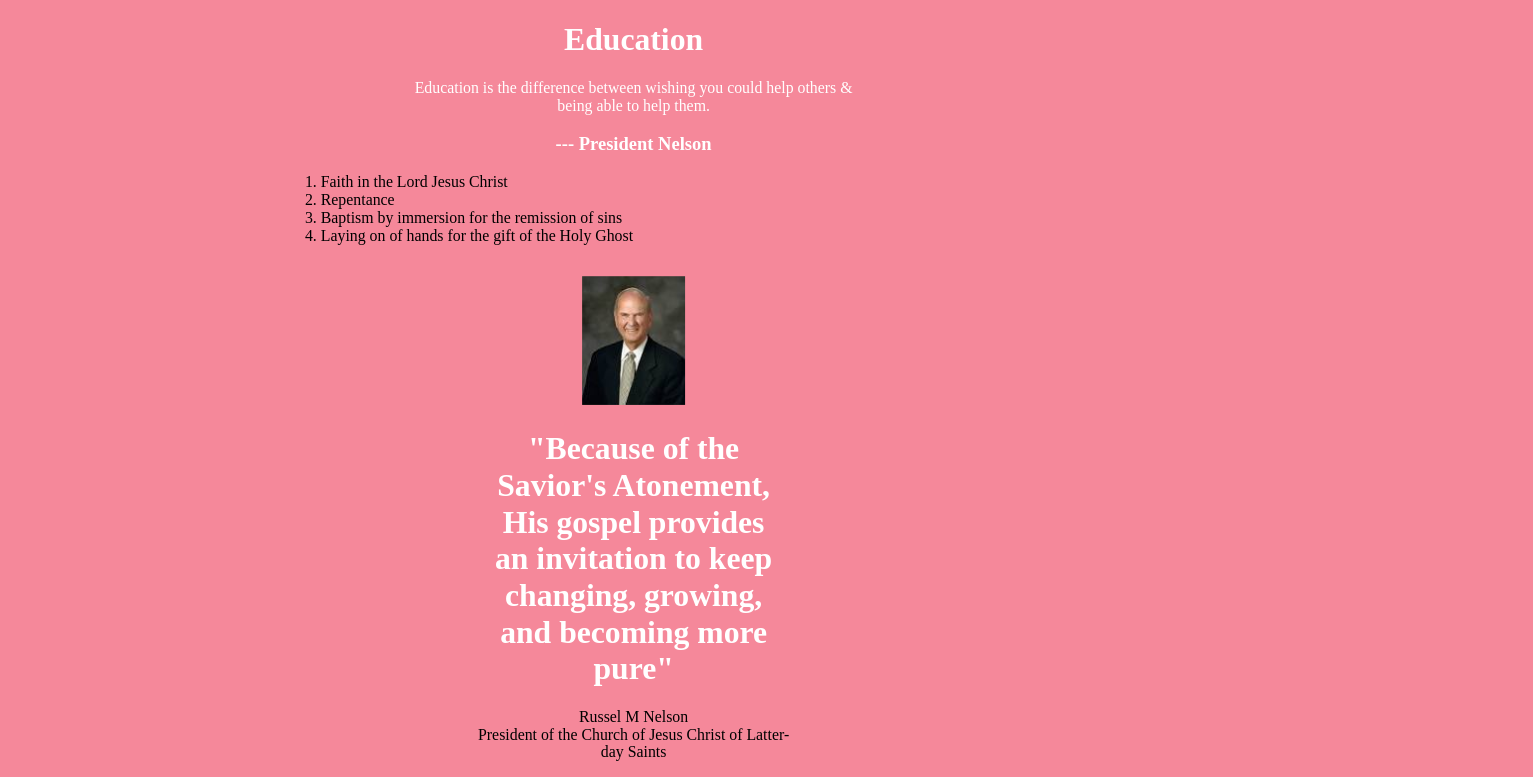
Repository: nak97/WDD-130
Page: ice challenge/index.html
The author's editor kept a copy of each file at every save. The page is drawn from the files as they stood at one save, then again after a run of saves.
The browser window is 1280 px wide. The page is 1548 px wide, so the pictures cover 1548 px, including what lies to the right of the window. The pictures show the whole page, at 99% of full size.

Above is the page before, as saved 2023-01-24 21:33:50.

### ice challenge/index.html
<!DOCTYPE html>

<html>
  <head>
    <meta charset="utf-8">
    <meta http-equiv="X-UA-Compatible" content="IE=edge">
    <title></title>
    <meta name="description" content="">
    <meta name="viewport" content="width=device-width, initial-scale=1">
    <link rel="stylesheet" href="styles.css">
  </head>
  <body>


      <div class="top-info">
   <h1 id="education">Education  </h1>
   <p>Education is the difference between wishing you could help others & <br> being able to help them.</p>
   <h3>--- President Nelson</h3>
    </div>
   <ol type="1">
    <li>Faith in the Lord Jesus Christ</li>
    <li>Repentance</li>
    <li>Baptism by immersion for the remission of sins</li>
    <li>Laying on of hands for the gift of the Holy Ghost</li>
  </ol>
  <div class="bot-info">
  <img src="data:[embedded picture, 3119 characters]" alt="Pres Nelly">
<h1 id="quote">"Because of the <br> Savior's Atonement,<br> His gospel provides <br> an invitation to keep <br> changing, growing, <br> and becoming more <br> pure"</h1>
<footer><p>Russel M Nelson <br>President of the Church of Jesus Christ of Latter- <br> day Saints</p>
</footer>
</div>
  </body>

</html>

### ice challenge/styles.css
.top-info {
  text-align: center;
  color: white;
}

ol{
  position: relative;
  left: 17.25em;
  padding-bottom: 16px;
}
.bot-info {
text-align: center;
}


body {
  background: rgb(245, 136, 154);
}
 #quote {
  color: white;
 }
 #education:hover {color: black;}

After the next 2 saves:
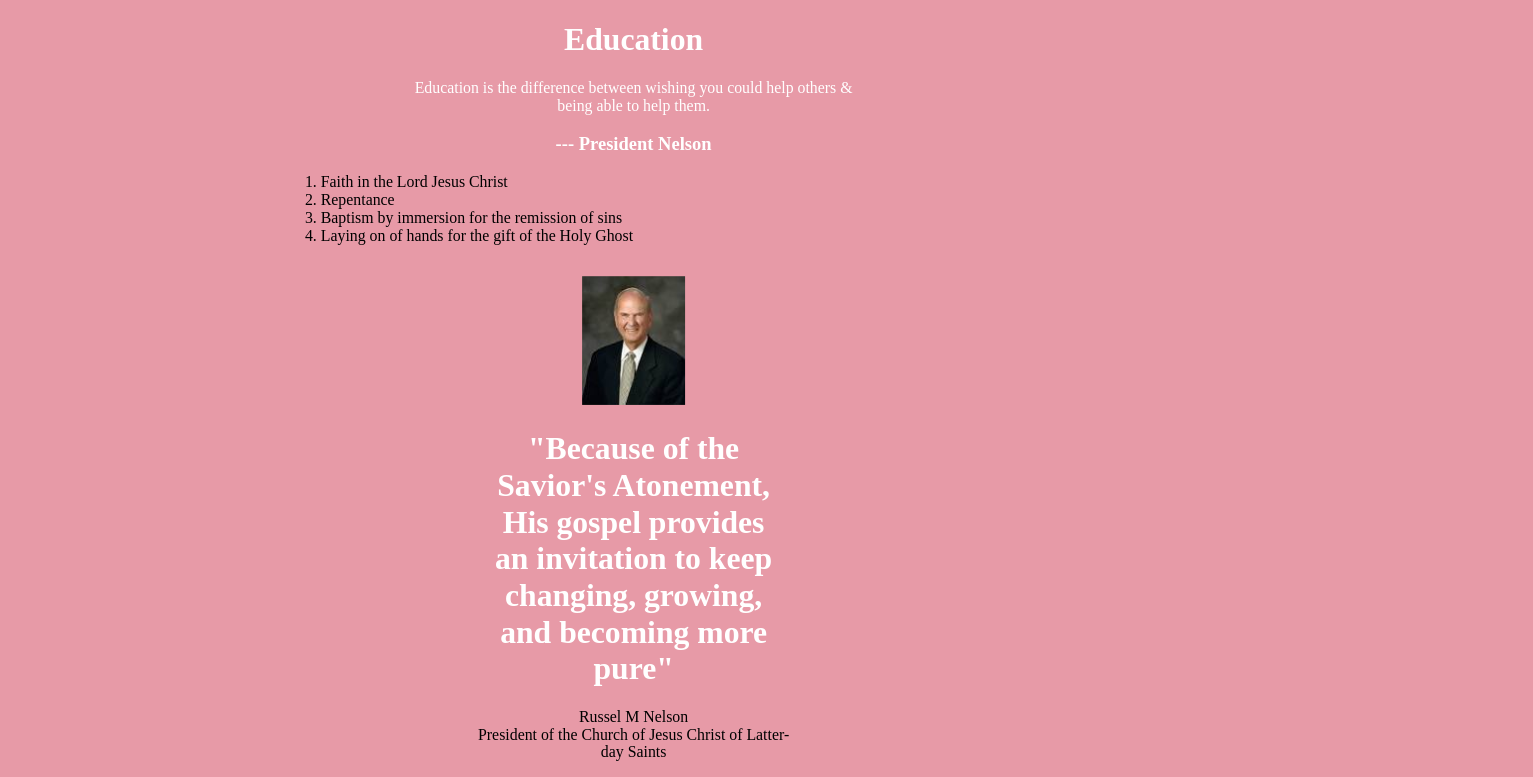
The 2 saves are shown as one change because they came seconds apart.
The last was saved 30 s later.
--- a/ice challenge/styles.css
+++ b/ice challenge/styles.css
@@ -14,7 +14,7 @@
 
 
 body {
-  background: rgb(245, 136, 154);
+  background: rgb(231, 154, 167);
 }
  #quote {
   color: white;
